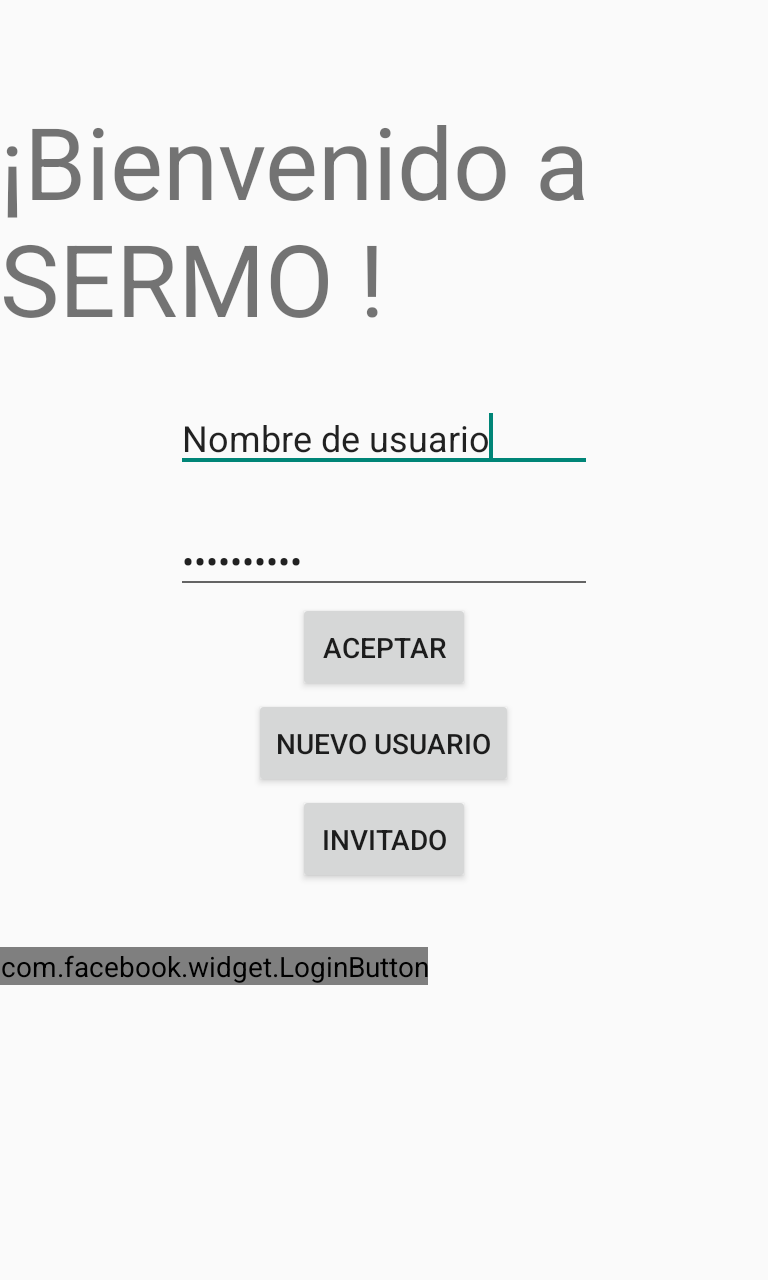
Repository: MVidi/juegos
Layout: SermoJuego/res/layout/pantallaprimera.xml
An editor plug-in stored every save of this project. The layout is shown before and after the next save, followed by the edit.
Pictures or frames that could not be fetched are drawn as grey boxes. It is drawn on a 768 x 1280 px phone screen (xhdpi) without system bars, with theme AppTheme; the app's code is not run.

Above is the layout before, as saved 2014-08-11 15:57:25.

After the next save:
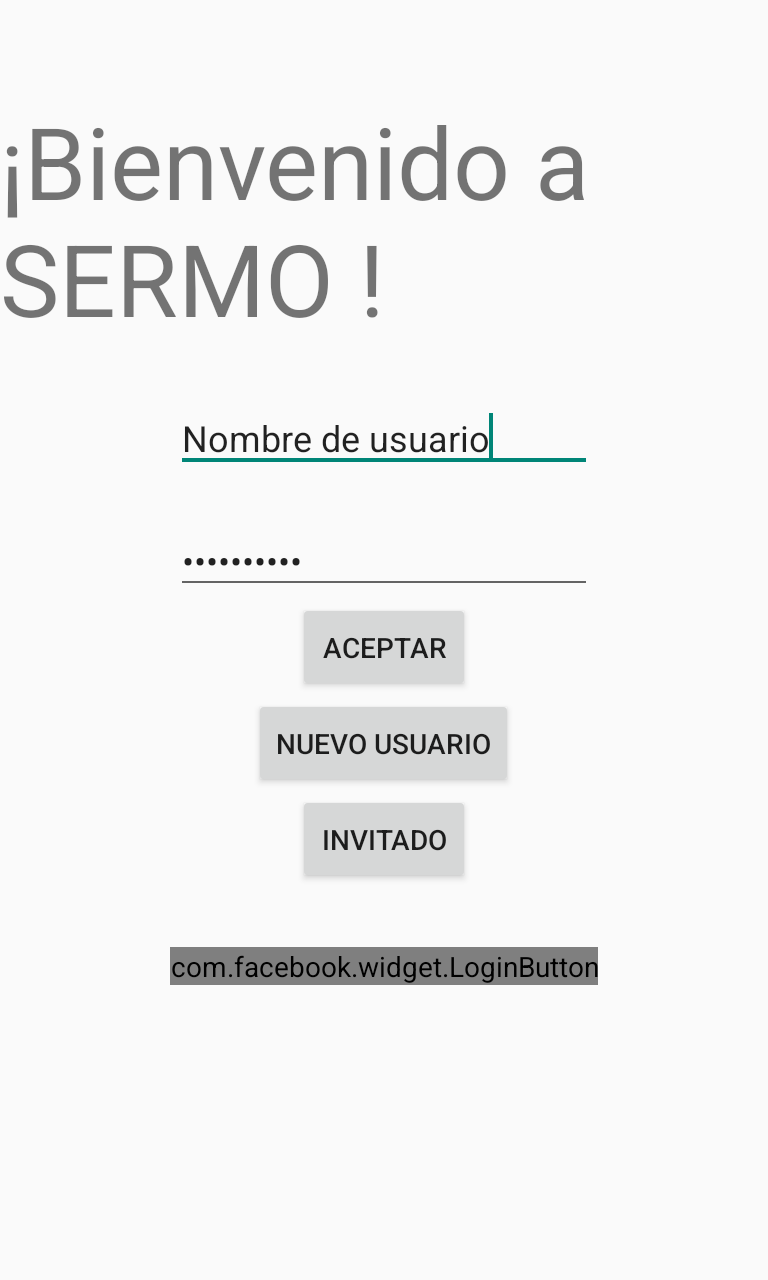
Saved 13 s later.
--- a/SermoJuego/res/layout/pantallaprimera.xml
+++ b/SermoJuego/res/layout/pantallaprimera.xml
@@ -75,7 +75,7 @@
         android:layout_width="wrap_content"
         android:layout_height="wrap_content"
         android:layout_below="@+id/invitadoPI"
-        android:layout_gravity="center_horizontal"
+        android:layout_centerHorizontal="true"
         android:layout_marginTop="30dp"
         />
 
